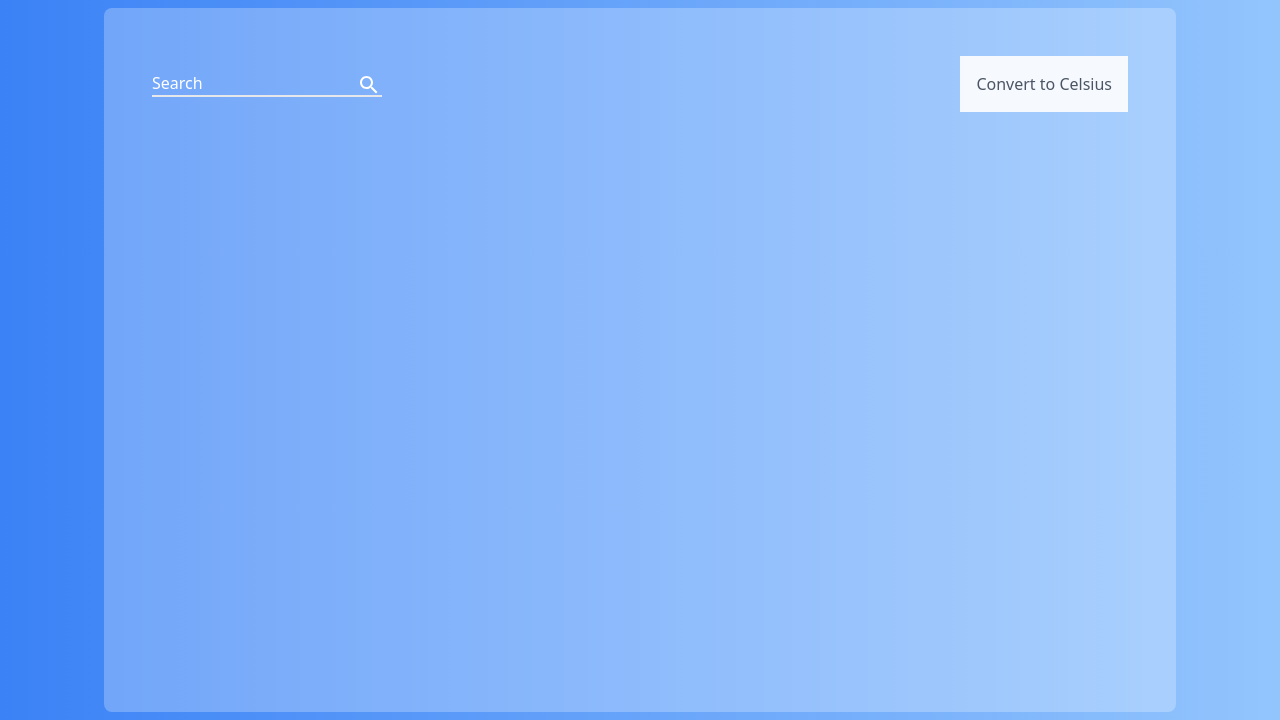
Repository: DevAntonioRogers/react-weatherapp-v2
Page: /
These files come from the project's save history. The page is drawn as it stood at one moment and after the next save; the edit follows.
The browser window is 1280 px wide. The pictures show the whole page.
The project was rebuilt for these pictures with package versions that can differ from the ones it lists, and the page was loaded fresh each time. The framework's server and built-in components were replaced by stand-ins that run in the browser. Also part of the build but not shown: next.config.js.

Above is the page before, as saved 2023-05-18 23:23:57.

### app/layout.tsx
import "./globals.css";
import { Inter } from "next/font/google";

export const metadata = {
  title: "Create Next App",
  description: "Generated by create next app",
};

export default function RootLayout({ children }: { children: React.ReactNode }) {
  return (
    <html lang="en">
      <body>{children}</body>
    </html>
  );
}

### app/page.tsx
import Conversion from "./components/Conversion";
import Input from "./components/Input";

export default function Home() {
  return (
    <div className="flex justify-center p-2 bg-cover h-screen bg-gradient-to-r from-blue-500 to-blue-300">
      <div className="bg-white/25 mx-24 w-full rounded-lg p-12">
        <div className="flex justify-between items-center">
          <Input />
          <Conversion />
        </div>
      </div>
    </div>
  );
}

### app/components/Conversion.tsx
import React from "react";

const Conversion = () => {
  return (
    <div className="">
      <button className="bg-white/90 p-4 text-gray-600">Convert to Celsius</button>
    </div>
  );
};

export default Conversion;

### app/components/Input.tsx
"use client";

import SearchIcon from "@mui/icons-material/Search";

const Input = () => {
  return (
    <form className="flex items-center">
      <input
        type="text"
        className="w-full bg-transparent border-b-2 placeholder-white outline-none text-white"
        placeholder="Search"
      />
      <div className="ml-[-25px] text-white cursor-pointer">
        <SearchIcon />
      </div>
    </form>
  );
};

export default Input;

Loaded but not shown: app/globals.css (common file); tailwind.config.js (common file)

After the next save:
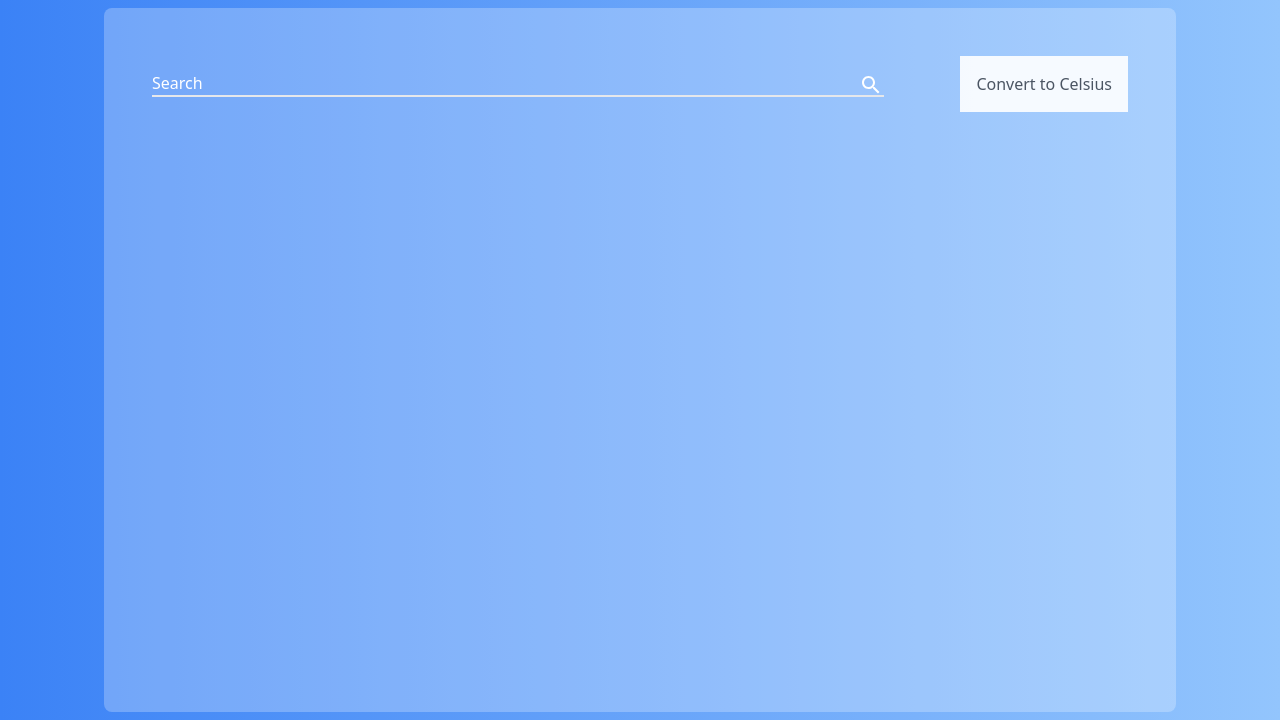
Saved 22 s later.
--- a/app/components/Input.tsx
+++ b/app/components/Input.tsx
@@ -4,7 +4,7 @@ import SearchIcon from "@mui/icons-material/Search";
 
 const Input = () => {
   return (
-    <form className="flex items-center">
+    <form className="flex items-center w-3/4">
       <input
         type="text"
         className="w-full bg-transparent border-b-2 placeholder-white outline-none text-white"
